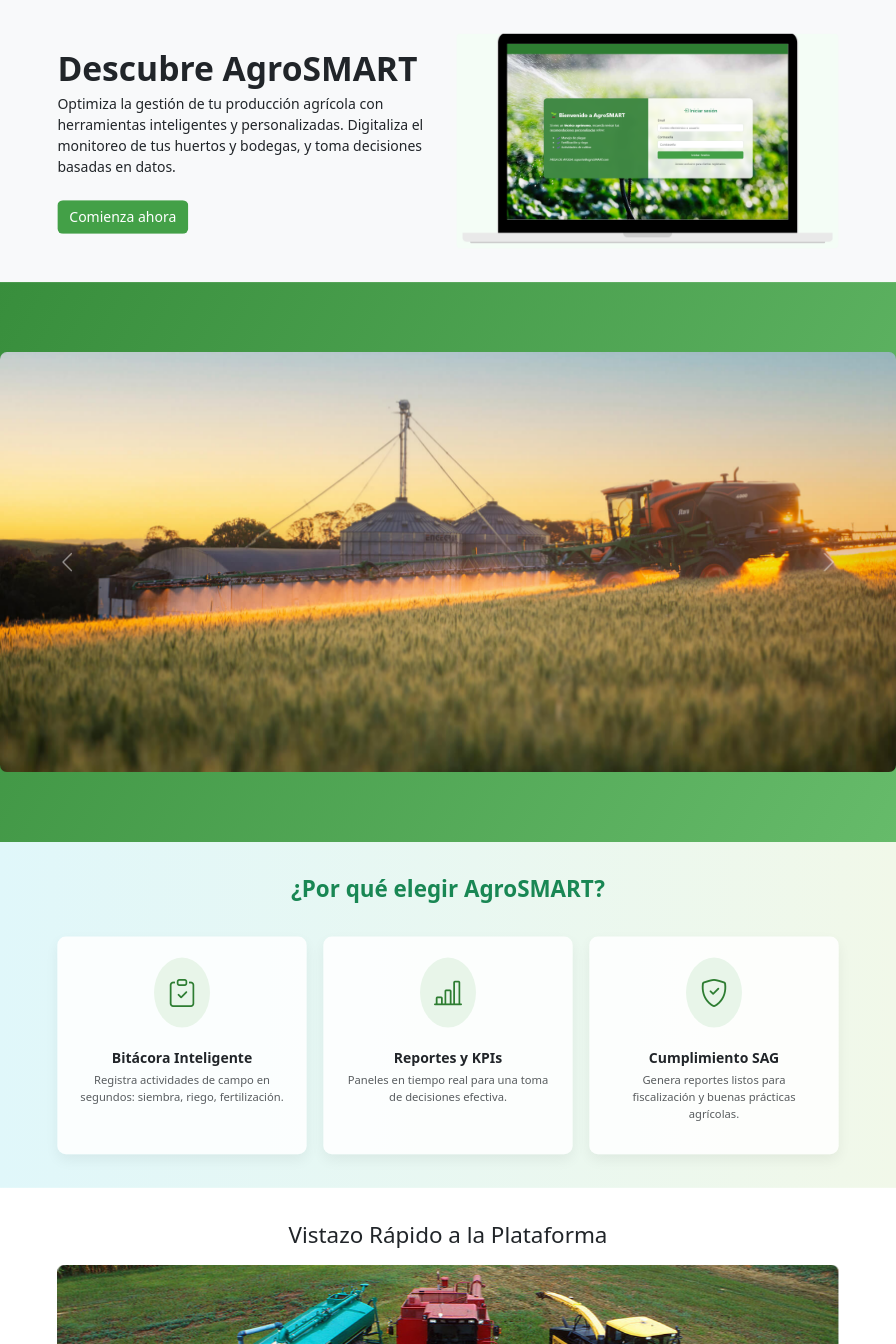
Repository: eikos4/Agrodeskv3
Page: http://localhost/
These files come from the project's save history. The page is drawn as it stood at one moment and after a run of saves; the edit follows.
The browser window is 1280 px wide. The pictures show the part of the page from y = 0 to 1920 px (the page is 3175 px tall before and 3079 px after), at 70% of full size.
The page is served by the project's application, run on Flask 3 (app/__init__.py).

Above is the page before, as saved 2025-04-15 22:45:40.

After the next 2 saves:
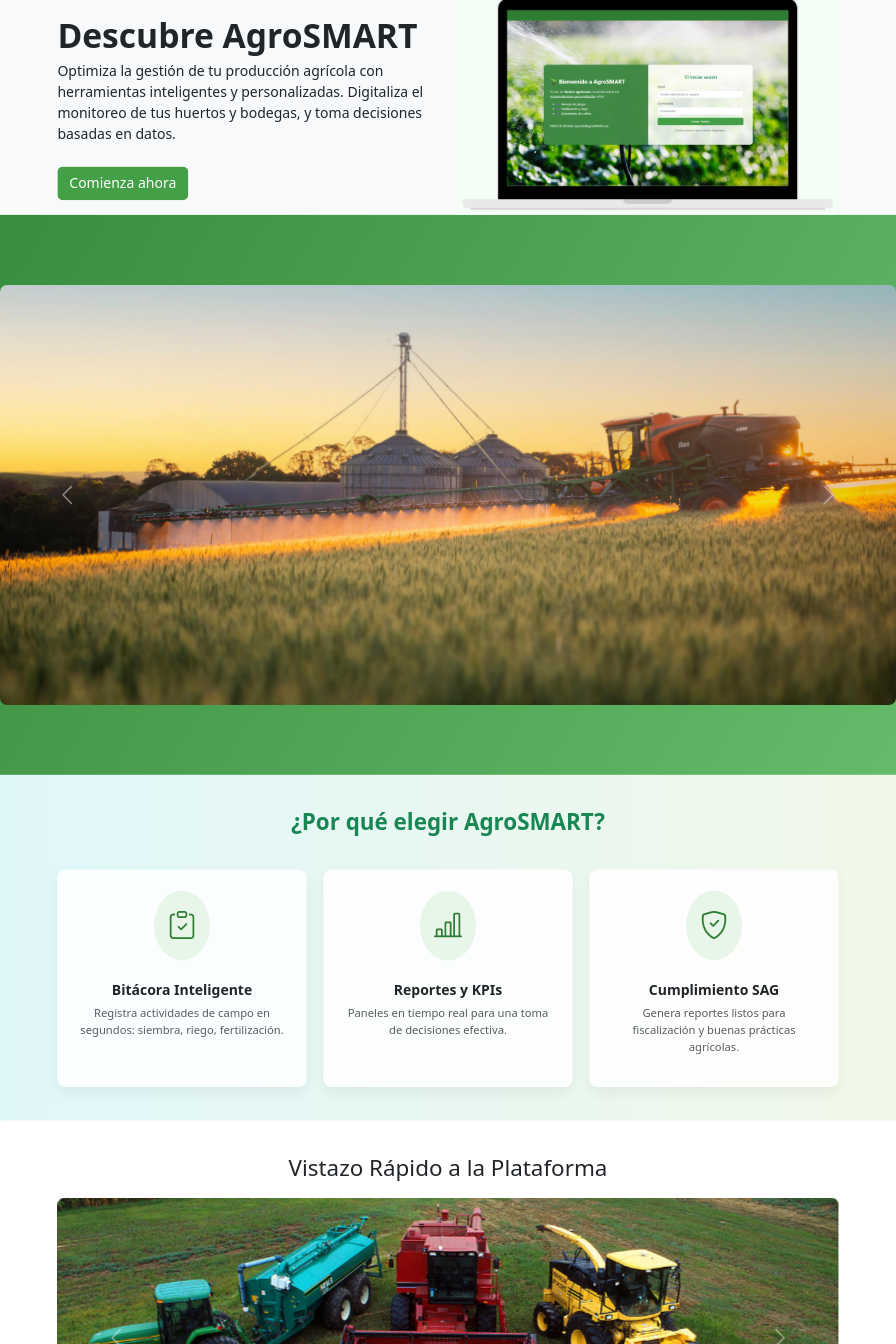
The 2 saves are shown as one change because they came seconds apart.
The last was saved 55 s later.
--- a/app/templates/index.html
+++ b/app/templates/index.html
@@ -79,7 +79,7 @@
 
 
 <!-- Sección de Características o Presentación Dividida en 2 Columnas -->
-<section class="feature-section py-5 bg-light">
+<section class="feature-section py-6 bg-light">
   <div class="container">
     <div class="row align-items-center">
       <!-- Columna Izquierda: Texto -->

After the save that followed:
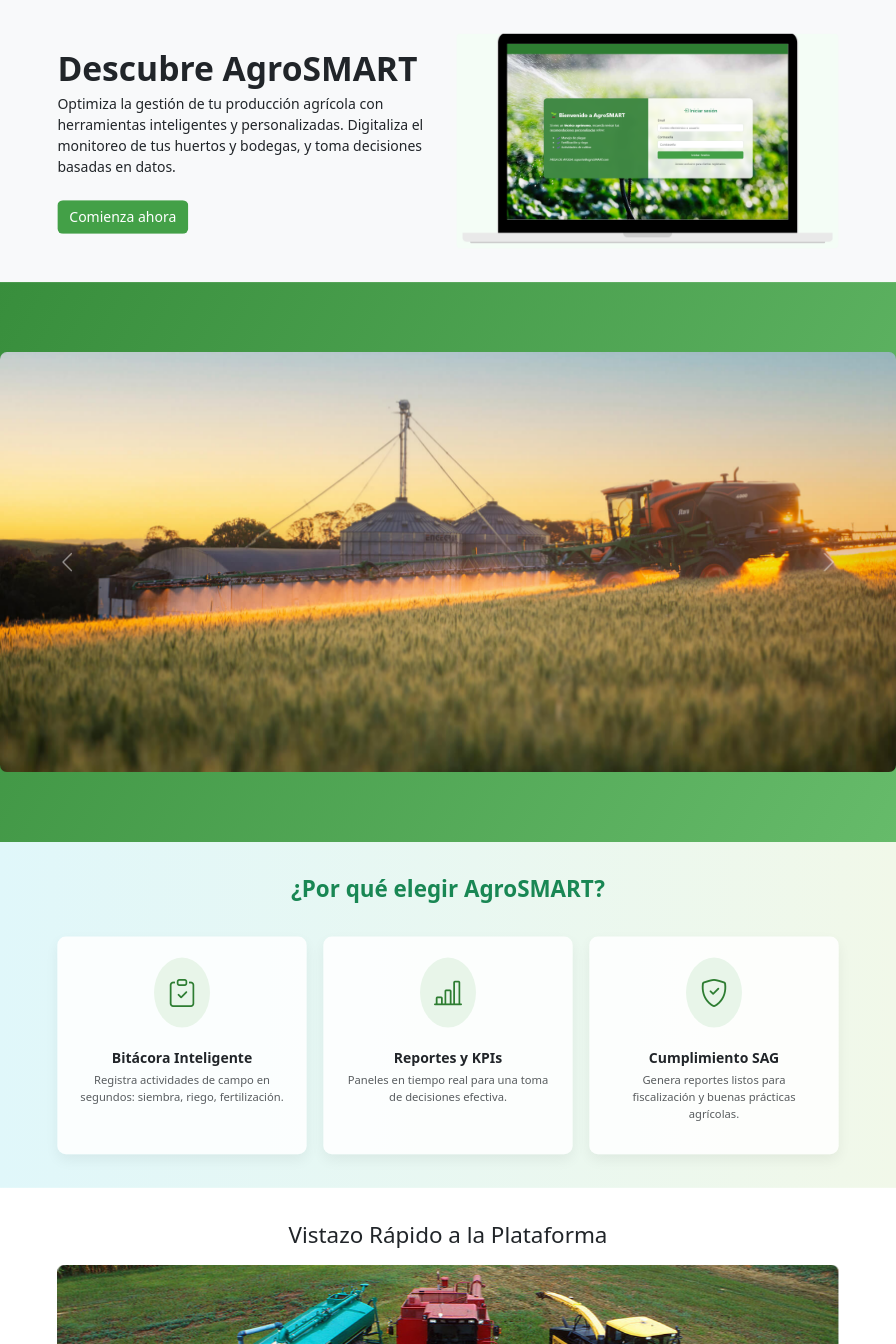
Saved 7 s later.
--- a/app/templates/index.html
+++ b/app/templates/index.html
@@ -79,7 +79,7 @@
 
 
 <!-- Sección de Características o Presentación Dividida en 2 Columnas -->
-<section class="feature-section py-6 bg-light">
+<section class="feature-section py-5 bg-light">
   <div class="container">
     <div class="row align-items-center">
       <!-- Columna Izquierda: Texto -->
